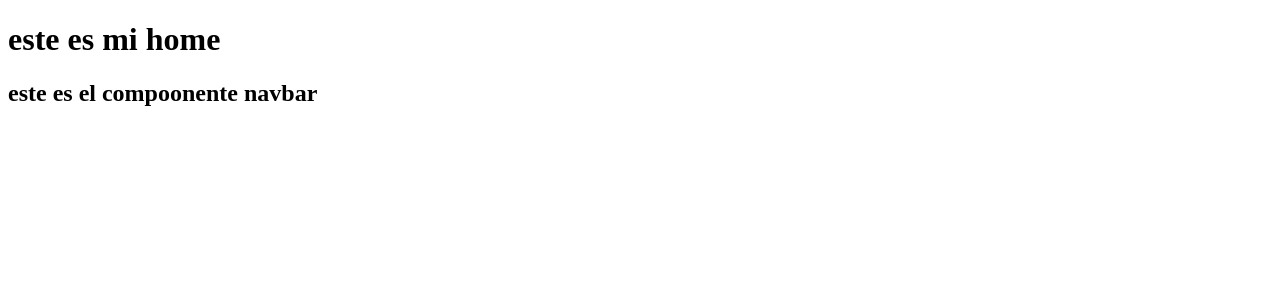
Repository: mauro8778/TurnoClinica
Page: / (app in front/vite-project/)
An editor plug-in stored every save of this project. The page is shown before and after the next save, followed by the edit.
The browser window is 1280 px wide. The pictures show the whole page.
The project was rebuilt for these pictures with package versions that can differ from the ones it lists, and the page was loaded fresh each time. Also part of the build but not shown: front/vite-project/vite.config.js.

Above is the page before, as saved 2024-04-11 18:04:15.

### front/vite-project/src/App.jsx

import Home from "./views/home";

function App() {


  return (
    <>


     <Home/>
    </>
  )
}

export default App

### front/vite-project/src/views/home.jsx
import NavBar from "../components/NavBar"

const Home = () => {
    return(
       <>
        <h1>este es mi home</h1>
        <NavBar/>
       </>
    )

}
export default Home

### front/vite-project/src/components/NavBar.jsx
const NavBar=()=>{

    return(<>
    <h2>
        este es el compoonente navbar
    </h2>

    </>)
}

export default NavBar;

Loaded but not shown: front/vite-project/index.html (common file); front/vite-project/src/main.jsx (common file)

After the next save:
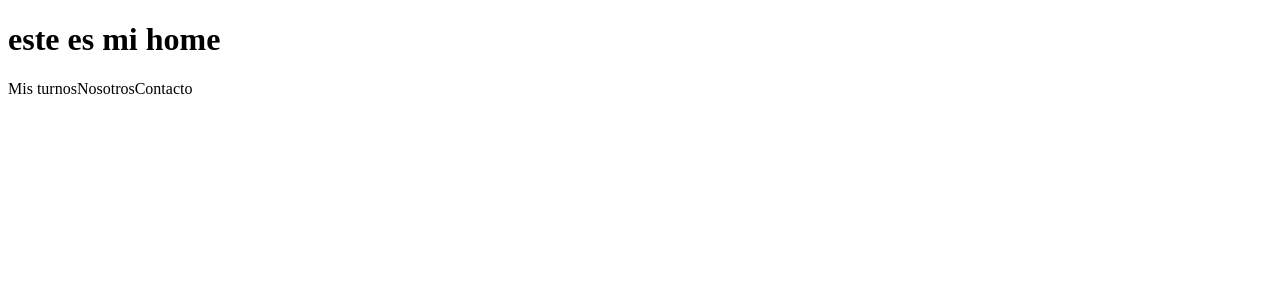
Saved 11 min 49 s later.
--- a/front/vite-project/src/components/NavBar.jsx
+++ b/front/vite-project/src/components/NavBar.jsx
@@ -1,9 +1,12 @@
 const NavBar=()=>{
 
     return(<>
-    <h2>
-        este es el compoonente navbar
-    </h2>
+    <div>
+
+        <span>Mis turnos</span>
+        <span>Nosotros</span>
+        <span>Contacto</span>
+    </div>
 
     </>)
 }
